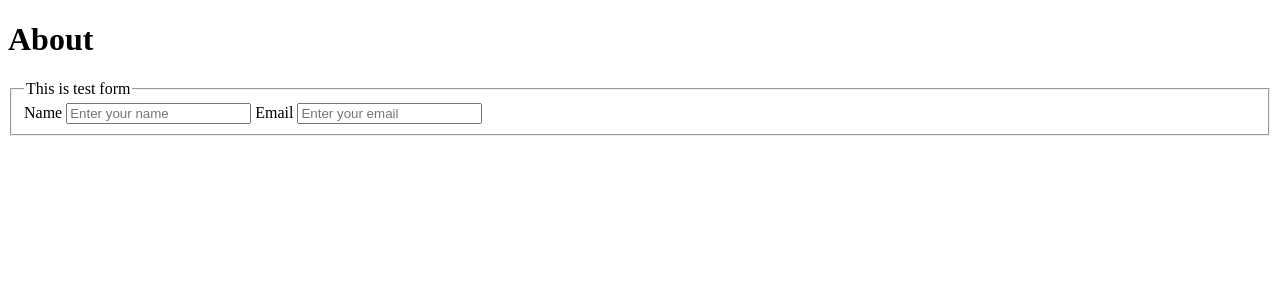
Repository: fisikusari/test-repo
Page: about.html
These files come from the project's save history. The page is drawn as it stood at one moment and after the next save; the edit follows.
The browser window is 1280 px wide. The pictures show the whole page.

Above is the page before, as saved 2021-11-11 18:56:43.

After the next save:
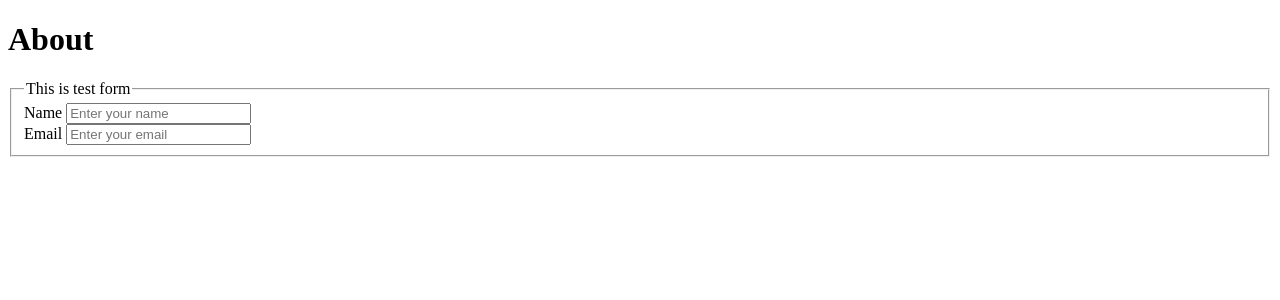
Saved 12 s later.
--- a/about.html
+++ b/about.html
@@ -16,7 +16,7 @@
     <fieldset>
       <legend>This is test form</legend>
       <label for="name">Name</label>
-      <input type="text" id="name" name="emri" placeholder="Enter your name">
+      <input type="text" id="name" name="emri" placeholder="Enter your name"><br>
       <label for="email">Email</label>
       <input type="email" name="email" id="email" placeholder="Enter your email">
     </fieldset>
